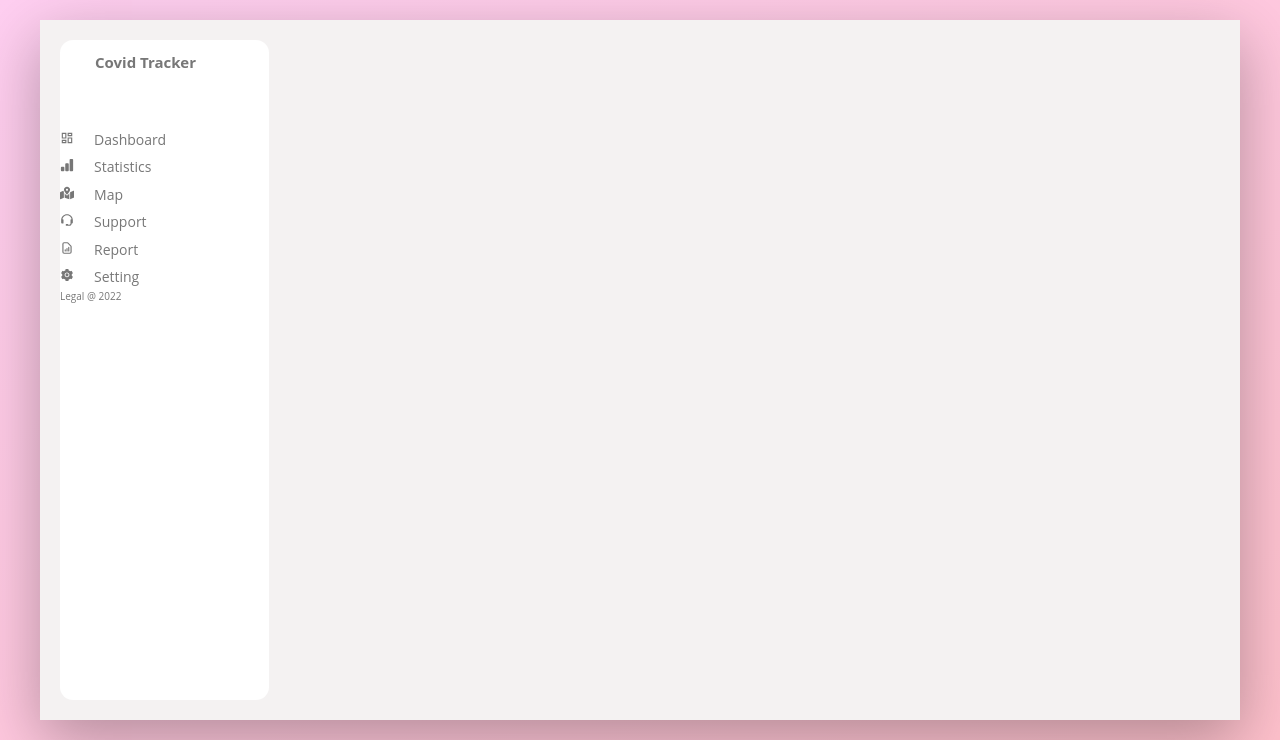
Repository: okidijimmy200/CovidAdminTracker
Page: /
These files come from the project's save history. The page is drawn as it stood at one moment and after the next save; the edit follows.
The browser window is 1280 px wide. The pictures show the whole page.
The project was rebuilt for these pictures with package versions that can differ from the ones it lists, and the page was loaded fresh each time.

Above is the page before, as saved 2022-06-09 17:15:12.

After the next save:
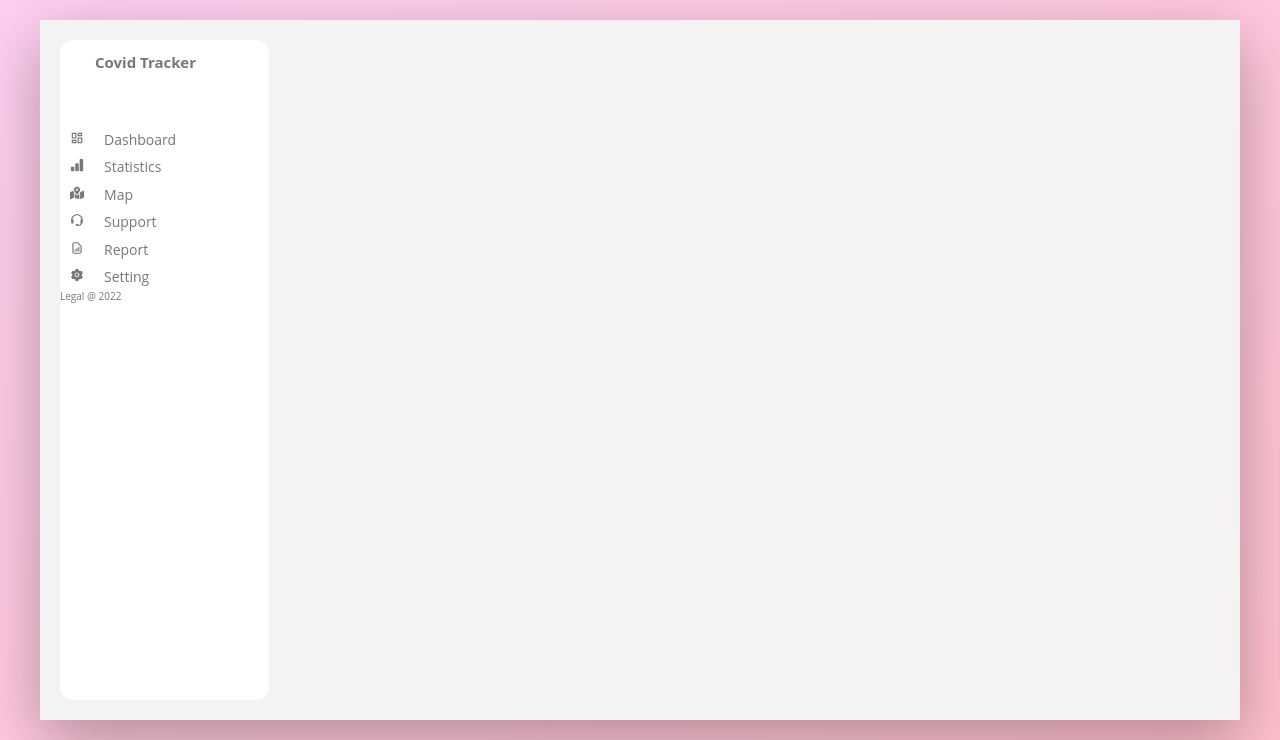
Saved 10 s later.
--- a/src/sidebar/sidebar.scss
+++ b/src/sidebar/sidebar.scss
@@ -18,7 +18,7 @@
        // parent element set to relative to element the hover effect
        position: relative;
        cursor: pointer;
-       margin-right: 1rem;
+       margin-left: 1rem;
 
        // to create space btn the items
        &:not(:last-child) {
